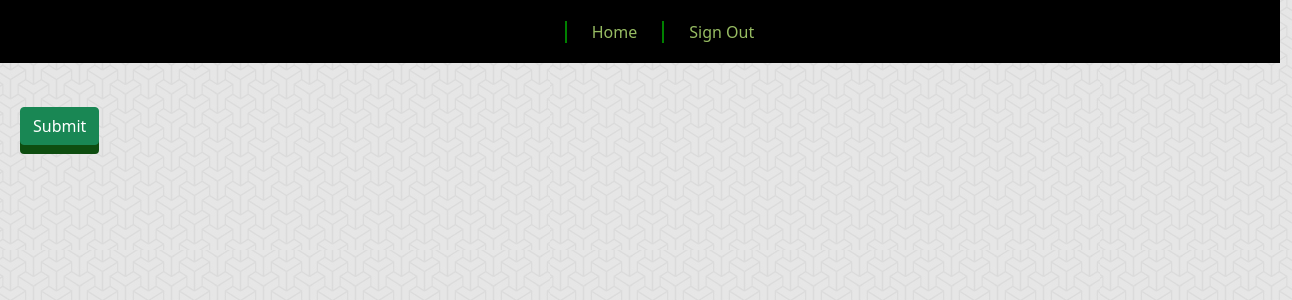
Repository: kavine24/CS490-Python-LMS
Page: html/portal/s/TakeQuiz.html
An editor plug-in stored every save of this project. The page is shown before and after the next save, followed by the edit.
The browser window is 1280 px wide. The page is 1292 px wide, so the pictures cover 1292 px, including what lies to the right of the window. The pictures show the whole page.
The page's requests for data from a server got no answer.

Above is the page before, as saved 2022-04-20 18:44:27.

### html/portal/s/TakeQuiz.html
<!DOCTYPE html>
<html>
  <head>
    <title>Take Exam</title>
    <link rel="stylesheet" href="/style.css">

    <link href="https://cdn.jsdelivr.net/npm/bootstrap@5.1.3/dist/css/bootstrap.min.css" rel="stylesheet" integrity="sha384-1BmE4kWBq78iYhFldvKuhfTAU6auU8tT94WrHftjDbrCEXSU1oBoqyl2QvZ6jIW3" crossorigin="anonymous">
  </head>
  <body>
    <header class="mainHeader">
      <h1 id="header" class="header"></h1>
      <ul class="navLIST">
        <li><a href="http://cs490testcenter.ddns.net:50000/portal/s/Home.php">Home</a></li>
        <li><a href="http://cs490testcenter.ddns.net:50000">Sign Out</a></li>
      </ul>
      <br>
    </header>
    <div class="row">
      <div id="testForm" class="col-8">
        <form id="takeExamForm"onsubmit="submitForm()">
            <br>
            <input id="submit" type="submit" placeholder="Submit" class="btn btn-success submit"></input>
        </form>
      </div>
      <div id="legend" class="col-4 legend">
        <ul id="legendUL" class="nav flex-column">
        </ul>
      </div>
    </div>
    <script>
      const inputs = [];

      const urlParams = new URLSearchParams(window.location.search);
      var requestType = 'GetExamFTM';
      const examID = urlParams.get('examID');

      const form = document.getElementById("takeExamForm");
      function handleForm(event) { event.preventDefault(); }
      form.addEventListener('submit', handleForm);

      function displayExams(){
        const data = {examID, requestType};

        const options = {
          method:'POST',
          headers: {
              "Content-type": "application/json; charset=UTF-8"
          },
          body: JSON.stringify(data)
        };

        fetch('http://cs490testcenter.ddns.net:50000/portal/frontBrowser.php', options)
        .then(response => {
          return response.json();
        })
        .then(data => {
          console.log(data);
          const header = document.getElementById("header");
          header.appendChild(document.createTextNode(data[0].examName));

          header.appendChild(document.createTextNode(" Total Points: " + data[0].totalPoints));
          header.appendChild(document.createElement("br"));
          header.setAttribute("class", "header");

          for(let i = 1; i < data.length; i++){
            const div = document.createElement("div");

            const question = document.createElement("label");
            question.setAttribute("class", "container");
            question.appendChild(document.createTextNode("Question " + i));
            question.appendChild(document.createElement("br"));

            question.appendChild(document.createTextNode("Points: " + data[i].points));
            question.appendChild(document.createElement("br"));

            question.appendChild(document.createTextNode("Type: " + data[i].type));
            question.appendChild(document.createElement("br"));

            question.appendChild(document.createTextNode("Difficulty: " + data[i].difficulty));
            question.appendChild(document.createElement("br"));

            question.appendChild(document.createTextNode("Question: " + data[i].question));
            question.appendChild(document.createElement("br"));

            input = document.createElement("textarea")
            input.setAttribute("rows", "15");
            input.setAttribute("cols", "95");
            input.setAttribute("required", true);
            input.addEventListener('keydown', function(e) {
              if (e.key == 'Tab') {
                e.preventDefault();
                var start = this.selectionStart;
                var end = this.selectionEnd;
                this.value = this.value.substring(0, start) +
                "\t" + this.value.substring(end);
                this.selectionStart = this.selectionEnd = start + 1;
              }
            });

            question.appendChild(document.createElement("br"));
            question.appendChild(input);

            div.appendChild(question);

            const questionandID = {
              questionID: data[i].questionID,
              question: question
            };
            inputs.push(questionandID);

            //+++++++++++++++++++++++++++++++++++++++++++++++++++
            const legend = document.getElementById("legendUL");
            const legendEntry = document.createElement("li");
            legendEntry.setAttribute("class", "nav-item");

            const link = document.createElement("a");
            link.setAttribute("class", "nav-link");
            link.setAttribute("href", "#");
            link.setAttribute("onclick", "swapQuestion("+(i-1)+")");
            link.innerHTML = "Q"+i+". " + data[i].question.substring(0,82) + "...";

            legendEntry.appendChild(link);
            legend.appendChild(legendEntry);
          }
        })
        .catch((error) => {
          console.error('Error:', error);
        });

      };
      function swapQuestion(qNum){
        console.log(qNum);


        // document.getElementById("takeExamForm").insertBefore(div, document.getElementById("submit"));
        // document.getElementById("takeExamForm").insertBefore(document.createElement("br"), document.getElementById("submit"));
        // document.getElementById("takeExamForm").insertBefore(document.createElement("br"), document.getElementById("submit"));
      }
      function submitForm(){
        const inputsFormatted = [];
        for(let i = 0; i<inputs.length; i++){
          inputFormatted = {
            questionID: inputs[i].questionID,
            answer: inputs[i].question.lastElementChild.value
          }
          inputsFormatted.push(inputFormatted);
        }

        requestType = "SubmitExamFTM"
        const data = {examID, inputsFormatted, requestType};

        const options = {
          method:'POST',
          headers: {
              "Content-type": "application/json; charset=UTF-8"
          },
          body: JSON.stringify(data)
        };

        fetch('http://cs490testcenter.ddns.net:50000/portal/frontBrowser.php', options)
        .then(response => {
          return response.json();
        })
        .then(data => {
          if(data.didWork == 1){
            location.assign('http://cs490testcenter.ddns.net:50000/portal/s/Home.php');
          }
        })
        .catch((error) => {
          console.error('Error:', error);
        });
      }
      displayExams();
    </script>

  </body>
</html>

### html/style.css
body {
  background-image: url(portal/pictures/background.jpg);
}

.header {
  color: #97BC62FF;
  background-color: black;
  padding: 14px 16px;
  margin-top: 0px;
}

.submit, .userSubmit, .examTakeButtons, .examReviewButtons {
  padding: 10px 10px;
  margin: 0px 0px 15px 0px;
  font-size: 20px;
  cursor: pointer;
  text-decoration: none;
  outline: none;
  color: #fff;
  background-color: #4CAF50;
  border: none;
  border-radius: 12px;
  box-shadow: 0 9px #0e4d10;
}

.submit:hover, .userSubmit:hover {
  background-color: #215f23;
  box-shadow: 0 9px #1f9923;
}

.submit:active, .userSubmit:active {
  box-shadow: 0 5px #1C7F20;
  transform: translateY(4px)
}

.panel-heading, .panel-title {
  border-color: #4CAF50 !important;
  background-color: #0e4d10 !important;
}

/* .panel-title th {
  border-color: #1f9923;
  background-color: #1C7F20;
} */

.btn-primary {
  background-color: #0e4d10 !important;
  border-color: #4CAF50 !important;
}

.btn-success {
  background-color: #198754 !important;
  border-color: #198754 !important;
}

#submit {
  margin: 20px 20px;
}

#goBackHome {
  margin: 20px 15px;
}

.filterable {
  margin-top: 15px;
}

.filterable .panel-heading .pull-right {
  margin-top: -20px;
}

.filterable .filters input[disabled] {
  background-color: transparent;
  border: none;
  cursor: auto;
  box-shadow: none;
  padding: 0;
  height: auto;
}
.filterable .filters input[disabled]::-webkit-input-placeholder {
  color: #333;
}
.filterable .filters input[disabled]::-moz-placeholder {
  color: #333;
}
.filterable .filters input[disabled]:-ms-input-placeholder {
  color: #333;
}

.container {
  background-color: #a2a2a2;
  background-image: url(portal/pictures/divimage.jpg);
  padding: 14px 16px;
}

.mainHeader {
  background-color: black;
  max-height: 70px;
  display: flex;
  flex-direction: row;
  align-items: center;
  flex-shrink: 0;
  justify-content: center;
  top: 0;
  width: 100%;
  border-bottom: solid 3px black;
}

.navLIST {
  margin-top: 20px;
  display: flex;
}

.navLIST li {
  display: inline-block;
  margin-left: 0;
  color: #97BC62FF;
}

.navLIST li a {
  background-color: black;
  text-decoration: none;
  border-left: 2px solid green;
  color: #97BC62FF;
  padding: 0px 25px;
}

.navLIST li a:hover {
  background-color: black;
  color: #00ff08;
  text-decoration: underline;
}

.legend {
  margin: 30px 0px 0px !important;
}

.legend li a {
  text-decoration: none;
  border-left: 2px solid green;
  color: #97BC62FF;
  padding: 0px 25px;
}

.legend li a:hover {
  background-color: black;
  color: #00ff08;
  text-decoration: underline;
}

/* body {
  background-image: url(portal/pictures/background.jpg);
  text-align: center;
  margin: auto;
}

#indexLog, h1 {
  color: #97BC62FF;
  margin: 0;
  overflow: hidden;
  background-color: black;
  padding: 14px 16px;
  text-align: center;
}

.forms {
  text-align: center;
  display: inline-block;
  overflow-wrap: break-word;
}

.credentialStyle {
  color: #97BC62FF;
  margin: 0;
  padding: 0px 0px 20px;
  font-size: 20px;
  text-shadow: .5px .5px 0 #000;
}

.submit, .userSubmit, .examTakeButtons, .examReviewButtons {
  display: inline-block;
  padding: 15px 25px;
  font-size: 24px;
  cursor: pointer;
  text-align: center;
  text-decoration: none;
  outline: none;
  color: #fff;
  background-color: #4CAF50;
  border: none;
  border-radius: 12px;
  box-shadow: 0 9px #1C7F20;
  margin: 10px 0px;
}

.submit:hover, .userSubmit:hover {
  background-color: #3e8e41;
  box-shadow: 0 9px #1C7F20;
}

.submit:active, .userSubmit:active {
  box-shadow: 0 5px #1C7F20;
  transform: translateY(4px)
}

#createQuestionForm {
  padding: 10px;
  text-align: center;
}

div {
  border-radius: 5px;
  background-color: #a2a2a2;
  background-image: url(portal/pictures/divimage.jpg);
  padding: 20px;
  text-align: center;
  display: inline-block;
  max-width: 750px;
}

.centered {
  position: absolute;
  top: 50%;
  left: 50%;
  transform: translate(-50%, -50%);
  text-align: center;
  display: inline-block;
}

.centeredsearch {
  position: absolute;
  top: 15%;
  left: 50%;
  transform: translate(-50%, -50%);
  text-align: center;
  display: inline-block;
}

.left {
  left: 0;
  display: inline-block;
}


.right {
  right: 0;
  display: inline-block;
}

.split {
  height: 100%;
  width: 50%;
  position: absolute;
}
table , th, td{
  border: 1px solid;
  width: 100%;
} */

After the next save:
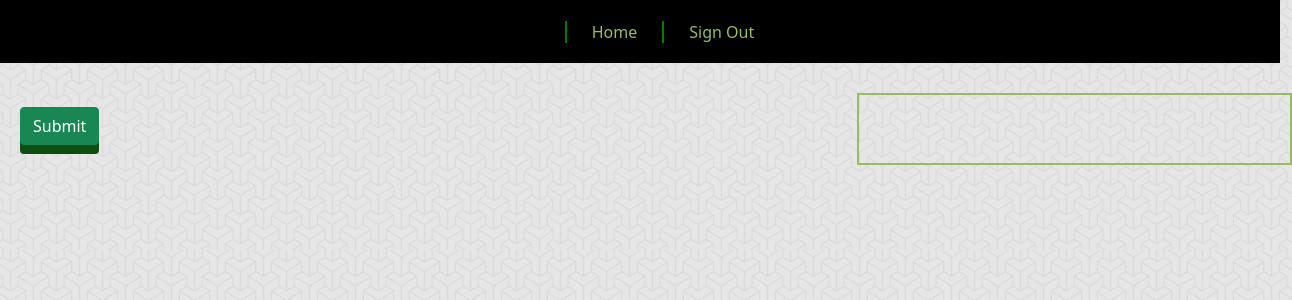
Saved 71 s later.
--- a/html/style.css
+++ b/html/style.css
@@ -133,6 +133,7 @@ body {
 
 .legend {
   margin: 30px 0px 0px !important;
+  border: 2px solid #97BC62FF;;
 }
 
 .legend li a {
